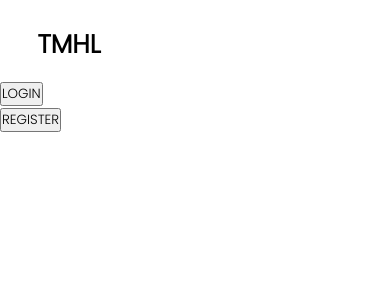
Repository: vu9ar/vu9ar.github.io
Page: WelcomePage/welcome.html
An editor plug-in stored every save of this project. The page is shown before and after the next save, followed by the edit.
The browser window is 375 px wide. The pictures show the whole page.

Above is the page before, as saved 2022-03-27 18:07:18.

After the next save:
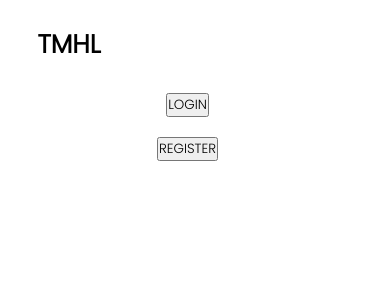
Saved 18 s later.
--- a/WelcomePage/style.css
+++ b/WelcomePage/style.css
@@ -62,7 +62,7 @@ header h4 {
     transition: ease-in-out 0.5;
 }
 
-a.button1 {
+.button {
     display: inline-block;
     padding: 0.35em 1.2em;
     border: 0.1em solid #FFFFFF;
@@ -77,13 +77,13 @@ a.button1 {
     transition: all 0.2s;
 }
 
-a.button1:hover {
+.button1:hover {
     color: #000000;
     background-color: #FFFFFF;
 }
 
 @media all and (max-width:30em) {
-    a.button1 {
+    .button {
         display: block;
         margin: 0.4em auto;
     }
